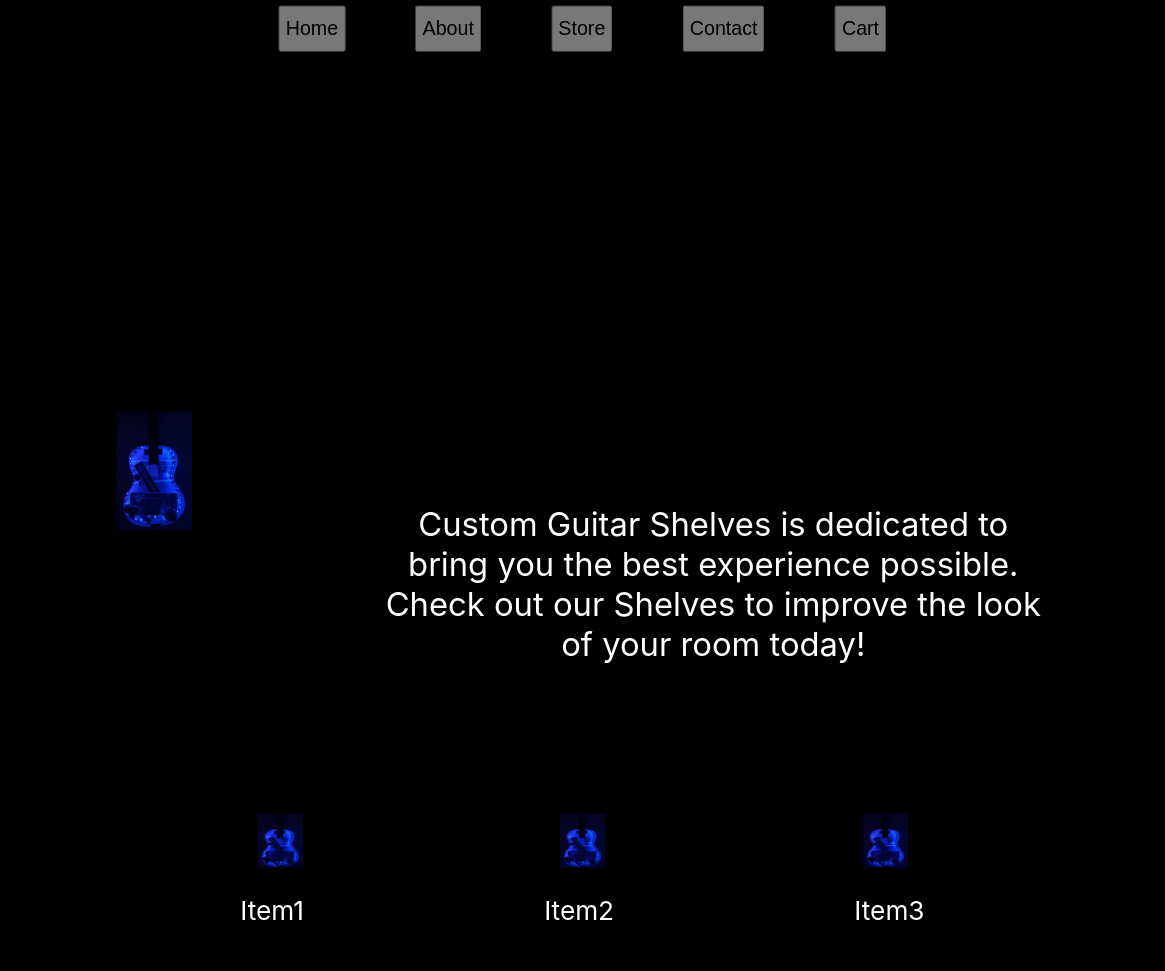
Repository: Kobramall/guitar-shelves-mock-store
Page: /
These files come from the project's save history. The page is drawn as it stood at one moment and after the next save; the edit follows.
The browser window is 1280 px wide. The pictures show the whole page, at 91% of full size.
Pictures or frames that could not be fetched are drawn as grey boxes. The project was rebuilt for these pictures with package versions that can differ from the ones it lists, and the page was loaded fresh each time. Also part of the build but not shown: src/componets/Cart.js. Imported but missing from the stored project, and not drawn on this page: src/assets/GuitarSV.MP4.

Above is the page before, as saved 2022-11-02 17:18:00.

### src/App.js
import './App.css';
import Vd from './assets/GuitarSV.MP4'
import Img from './assets/guitarPhoto.jpg'
import Navbar from './componets/Navbar';
import Cart from './componets/Cart';
import {useState} from 'react'

function App() {
  const [ cartDisplayed, setCartDisplay] = useState(false)

  const toggleCartDisplay = () =>{
      cartDisplayed ? setCartDisplay(false) : setCartDisplay(true)
  }

  return (
    cartDisplayed ? <Cart toggleCartDisplay={toggleCartDisplay} cartDisplayed={cartDisplayed} setCartDisplay={setCartDisplay}/> :
    <div className="App">
        <Navbar toggleCartDisplay={toggleCartDisplay} cartDisplayed={cartDisplayed} setCartDisplay={setCartDisplay}/>
      <div className='Home'>
          <video src={Vd} autoPlay loop muted height="250" width="300"/>
      </div>
      <div className='About'>
         <img src={Img} alt="Guitar Product" height="130" width="120"/>
         <p>Custom Guitar Shelves is dedicated to bring you the best experience possible. Check out our Shelves to improve the look of your room today!</p>
      </div>
      <div className='Store'>
        <div className='picRow'>
        <img src={Img} alt="item one" height="60" width="50"/>
        <img src={Img} alt="item two"height="60" width="50" />
        <img src={Img} alt="item three" height="60" width="50"/>
        </div>
        <div className='itemName'>
           <p>Item1</p>
           <p>Item2</p>
           <p>Item3</p>
        </div>
      </div>
      <footer>
        <a href='kbramall11@gmail.com'>Email</a>
      </footer>
    </div>
  );
}

export default App;

### src/App.css
.App {
  text-align: center;
}

.App-logo {
  height: 40vmin;
  pointer-events: none;
}

video{
  margin-top: 1%;
}

@media (prefers-reduced-motion: no-preference) {
  .App-logo {
    animation: App-logo-spin infinite 20s linear;
  }
}

body{
  background-color: black;
  color: white;
}

.App header {
   background-color: black;
   opacity: 0.5;
}

.App-link {
  color: #61dafb;
}

.About{
  display: flex;
  justify-content: center;
  padding: 10%;
  font-size: 5vh;
}

.About img{
  margin-right: 20%;
}

.About p{
  display: flex;
  justify-content: center;
  margin-top: 10%;
}

.picRow{
  display: flex;
  justify-content: space-evenly;
  margin-bottom: 0%;

}

.picRow img{
  margin-bottom: 0%;
}

.itemName{
  display: flex;
  justify-content: space-evenly;
  margin-top:0%;
  font-size: 4vh;
}

@keyframes App-logo-spin {
  from {
    transform: rotate(0deg);
  }
  to {
    transform: rotate(360deg);
  }
}

### src/componets/Navbar.js
import React, {useState} from "react"
import './Navbar.css'


export default function Navbar(props){
    const [fix, setFix] = useState(false)

    function setFixedNavbar(){
        if(window.scrollY >= 1) {
            setFix(true)
        }else{
            setFix(false)
        }
    }

      window.addEventListener("scroll", setFixedNavbar)
    return(
        <header className={fix ? "navbar active" : 'navbar'}>
         <button><a href="/">Home</a></button>
         <button>About</button>
         <button>Store</button>
         <button>Contact</button>
         <button onClick={props.toggleCartDisplay}>Cart</button>
      </header>
    )
}

### src/componets/Navbar.css
.navbar{
    display: flex;
    justify-content: center;
    background-color: transparent;
    position: sticky;
    top:0;

}

.navbar.active {
    background-color: gray;

}

button{
    margin-top: 0.5%;
    margin-left: 3%;
    margin-right: 3%;
    font-size: 3vh;
    height: 7vh;
}
a{
   text-decoration: none;
   color: black;
}

Loaded but not shown: public/index.html (common file); src/index.js (common file); src/index.css (common file); src/reportWebVitals.js (common file)

After the next save:
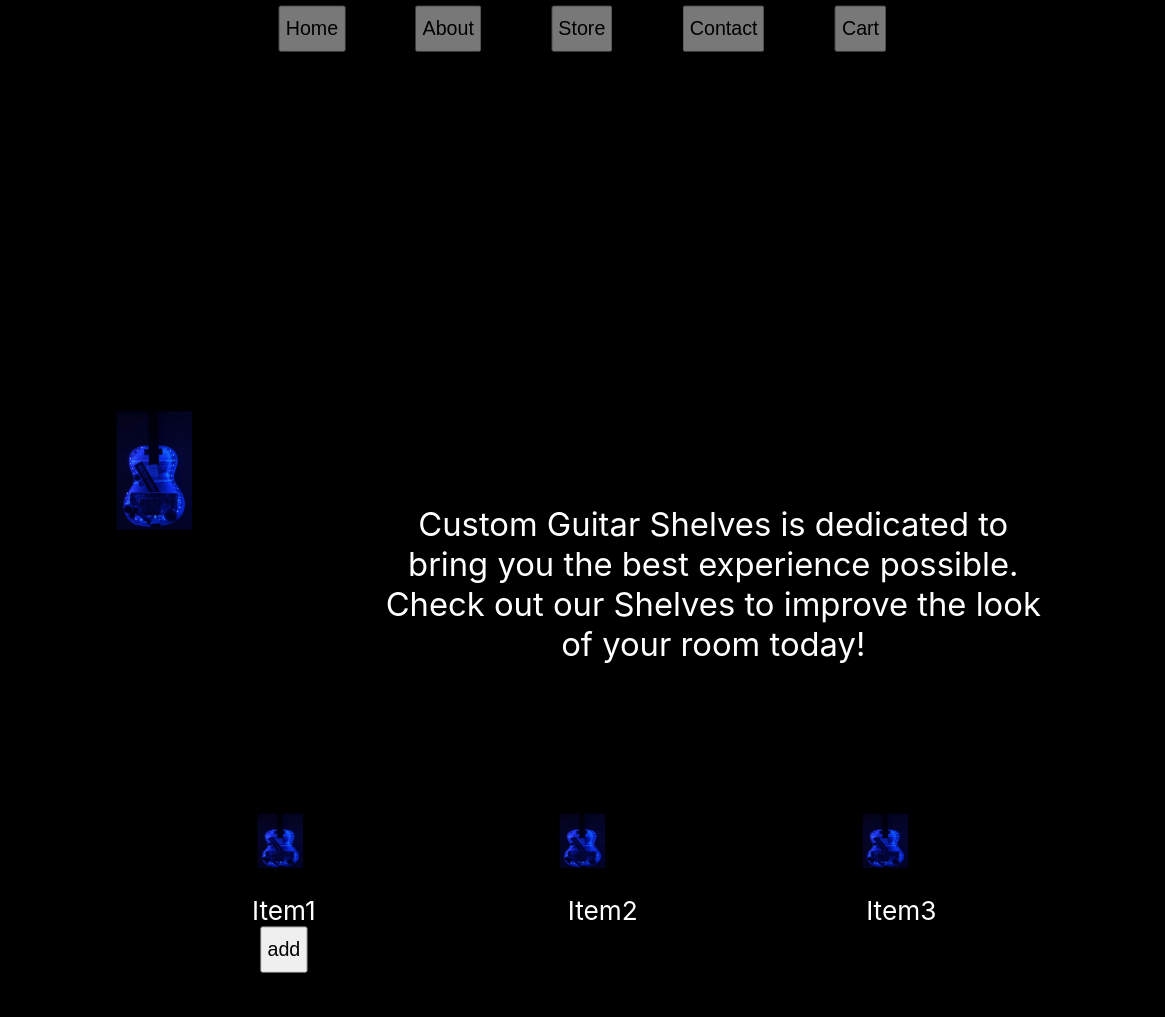
Saved 38 s later.
--- a/src/App.js
+++ b/src/App.js
@@ -30,7 +30,7 @@
         <img src={Img} alt="item three" height="60" width="50"/>
         </div>
         <div className='itemName'>
-           <p>Item1</p>
+           <p>Item1<span><button>add</button></span></p>
            <p>Item2</p>
            <p>Item3</p>
         </div>
